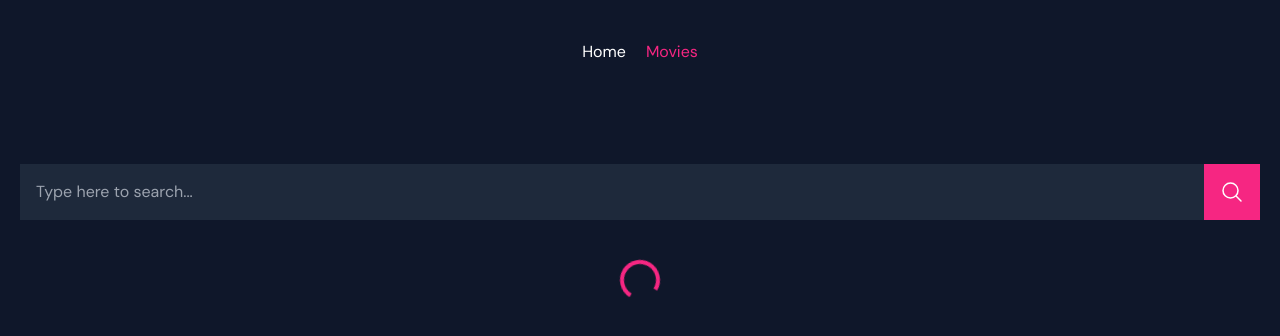
Repository: quynguyenn97/react-movie-app
Page: /movies
The author's editor kept a copy of each file at every save. The page is drawn from the files as they stood at one save, then again after the next save.
The browser window is 1280 px wide. The pictures show the whole page.
The page's requests for data from a server got no answer. The project was rebuilt for these pictures with package versions that can differ from the ones it lists, and the page was loaded fresh each time. No one was signed in, and anything a server would have sent is missing. Also part of the build but not shown: src/banner/Banner.js, src/components/movie/MovieCard.js, src/components/MovieList.js, src/pages/HomePage.js, src/pages/MovieDetailPage.js.

Above is the page before, as saved 2022-10-12 11:55:47.

### public/index.html
<!DOCTYPE html>
<html lang="en">
    <head>
        <meta charset="utf-8" />
        <link rel="icon" href="%PUBLIC_URL%/favicon.ico" />
        <meta name="viewport" content="width=device-width, initial-scale=1" />
        <meta name="theme-color" content="#000000" />
        <meta
            name="description"
            content="Web site created using create-react-app" />
        <link rel="apple-touch-icon" href="%PUBLIC_URL%/logo192.png" />
        <!--
      manifest.json provides metadata used when your web app is installed on a
      user's mobile device or desktop. See https://developers.google.com/web/fundamentals/web-app-manifest/
    -->
        <link rel="manifest" href="%PUBLIC_URL%/manifest.json" />
        <!--
      Notice the use of %PUBLIC_URL% in the tags above.
      It will be replaced with the URL of the `public` folder during the build.
      Only files inside the `public` folder can be referenced from the HTML.

      Unlike "/favicon.ico" or "favicon.ico", "%PUBLIC_URL%/favicon.ico" will
      work correctly both with client-side routing and a non-root public URL.
      Learn how to configure a non-root public URL by running `npm run build`.
    -->
        <link rel="preconnect" href="https://fonts.googleapis.com" />
        <link rel="preconnect" href="https://fonts.gstatic.com" crossorigin />
        <link
            href="https://fonts.googleapis.com/css2?family=DM+Sans:wght@400;500;700&display=swap"
            rel="stylesheet" />
        <title>React App</title>
    </head>
    <body>
        <noscript>You need to enable JavaScript to run this app.</noscript>
        <div id="root"></div>
        <!--
      This HTML file is a template.
      If you open it directly in the browser, you will see an empty page.

      You can add webfonts, meta tags, or analytics to this file.
      The build step will place the bundled scripts into the <body> tag.

      To begin the development, run `npm start` or `yarn start`.
      To create a production bundle, use `npm run build` or `yarn build`.
    --></body>
</html>

### src/index.js
import React from "react";
import ReactDOM from "react-dom/client";
import "./index.scss";
import App from "./App";
import reportWebVitals from "./reportWebVitals";
import { BrowserRouter } from "react-router-dom";

const root = ReactDOM.createRoot(document.getElementById("root"));
root.render(
    <BrowserRouter>
        <React.StrictMode>
            <App />
        </React.StrictMode>
    </BrowserRouter>
);

// If you want to start measuring performance in your app, pass a function
// to log results (for example: reportWebVitals(console.log))
// or send to an analytics endpoint. Learn more: https://bit.ly/CRA-vitals
reportWebVitals();

### src/index.scss
@tailwind base;
@tailwind components;
@tailwind utilities;

@layer base {
    body {
        @apply bg-slate-900 font-body px-5 text-white;
    }
}
@layer components {
    .page-container {
        max-width: 1280px;
        @apply mx-auto;
    }
    .movie-list .swiper-slide {
        width: 300px;
        height: auto;
    }
    .banner .swiper {
        height: 100%;
    }
}

### src/App.js
import { Fragment } from "react";
import Banner from "./banner/Banner";
import "swiper/scss";
import HomePage from "./pages/HomePage";
import { Route, Routes } from "react-router-dom";
import Main from "./layout/Main";
import MoviePage from "./pages/MoviePage";
import MovieDetailPage from "./pages/MovieDetailPage";
function App() {
    return (
        <Fragment>
            <Routes>
                <Route element={<Main></Main>}>
                    <Route
                        path="/"
                        element={
                            <>
                                <Banner></Banner>
                                <HomePage></HomePage>
                            </>
                        }></Route>
                    <Route
                        path="/movies"
                        element={<MoviePage></MoviePage>}></Route>
                    <Route
                        path="/movie/:movieId"
                        element={<MovieDetailPage></MovieDetailPage>}></Route>
                </Route>
            </Routes>
        </Fragment>
    );
}

export default App;

### src/layout/Main.js
import React, { Fragment } from "react";
import Header from "./Header";
import { Outlet } from "react-router-dom";
const Main = () => {
    return (
        <Fragment>
            <Header></Header>
            <Outlet></Outlet>
        </Fragment>
    );
};

export default Main;

### src/pages/MoviePage.js
import React, { useEffect } from "react";
import useSWR from "swr";
import { fetcher } from "../config";
import MovieCard from "../components/movie/MovieCard";
import { apiKey } from "../config";
import useDebounce from "../hook/useDebounce";
import { useState } from "react";

const MoviePage = () => {
    const [filter, setFilter] = useState("");
    const [url, setUrl] = useState(
        `https://api.themoviedb.org/3/movie/popular?api_key=${apiKey}`
    );
    const filterDebounce = useDebounce(filter, 500);
    const handleFilterChange = (e) => {
        setFilter(e.target.value);
    };
    const { data, error } = useSWR(url, fetcher);
    const loading = !data && !error;
    useEffect(() => {
        if (filterDebounce) {
            setUrl(
                `https://api.themoviedb.org/3/search/movie?api_key=${apiKey}&query=${filterDebounce}`
            );
        } else {
            setUrl(
                `https://api.themoviedb.org/3/movie/popular?api_key=${apiKey}`
            );
        }
    }, [filterDebounce]);
    const movies = data?.results || [];
    return (
        <div className="py-10 page-container">
            <div className="flex mb-10">
                <div className="flex-1">
                    <input
                        type="text"
                        className="w-full p-4 bg-slate-800 outline-none"
                        placeholder="Type here to search..."
                        onChange={handleFilterChange}
                    />
                </div>
                <button className="p-4 bg-primary text-white">
                    <svg
                        xmlns="http://www.w3.org/2000/svg"
                        fill="none"
                        viewBox="0 0 24 24"
                        strokeWidth="1.5"
                        stroke="currentColor"
                        className="w-6 h-6">
                        <path
                            strokeLinecap="round"
                            strokeLinejoin="round"
                            d="M21 21l-5.197-5.197m0 0A7.5 7.5 0 105.196 5.196a7.5 7.5 0 0010.607 10.607z"
                        />
                    </svg>
                </button>
            </div>
            {!loading && (
                <div className="w-10 h-10 rounded-full border-4 border-primary border-t-transparent border-t-4 mx-auto animate-spin"></div>
            )}
            <div className="grid grid-cols-4 gap-10">
                {movies &&
                    movies.length > 0 &&
                    movies.map((item) => {
                        return (
                            <MovieCard key={item.id} item={item}></MovieCard>
                        );
                    })}
            </div>
        </div>
    );
};

export default MoviePage;

### src/config.js
export const fetcher = (...args) => fetch(...args).then((res) => res.json());
export const apiKey = "5b6bd71d2eb24fb649d55629a64802ff";

### src/layout/Header.js
import React from "react";
import { NavLink } from "react-router-dom";

const Header = () => {
    return (
        <header className="header flex items-center justify-center gap-x-5 text-white py-10 mb-5">
            <NavLink
                to="/"
                className={({ isActive }) => (isActive ? "text-primary" : "")}>
                Home
            </NavLink>
            <NavLink
                to="/movies"
                className={({ isActive }) => (isActive ? "text-primary" : "")}>
                Movies
            </NavLink>
        </header>
    );
};

export default Header;

### src/hook/useDebounce.js
import { useEffect, useState } from "react";

export default function useDebounce(initializeValue = "", delay = 1000) {
    const [debounceValue, setDebounceValue] = useState(initializeValue);
    useEffect(() => {
        const timer = setTimeout(() => {
            setDebounceValue(initializeValue);
        }, delay);
        return () => {
            clearTimeout(timer);
        };
    }, [delay, initializeValue]);
    return debounceValue;
}

### tailwind.config.js
/** @type {import('tailwindcss').Config} */
module.exports = {
    content: ["./src/**/*.{js,jsx,ts,tsx}"],
    theme: {
        extend: {
            fontFamily: {
                body: ["DM sans", "sans-serif"],
            },
            colors: {
                primary: "#F62682",
                secondary: "#6F5CF1",
            },
        },
    },
    plugins: [],
};

Loaded but not shown: src/reportWebVitals.js (common file)

After the next save:
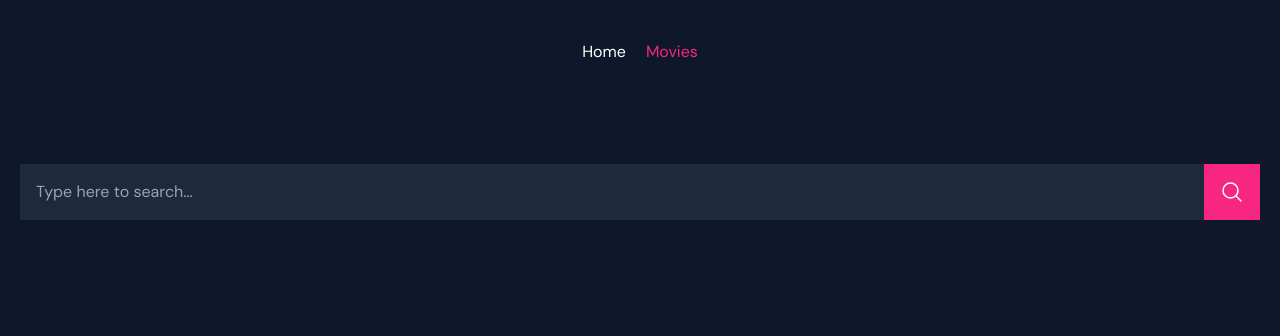
Saved 3 min 12 s later.
--- a/src/pages/MoviePage.js
+++ b/src/pages/MoviePage.js
@@ -56,11 +56,12 @@ const MoviePage = () => {
                     </svg>
                 </button>
             </div>
-            {!loading && (
+            {loading && (
                 <div className="w-10 h-10 rounded-full border-4 border-primary border-t-transparent border-t-4 mx-auto animate-spin"></div>
             )}
             <div className="grid grid-cols-4 gap-10">
-                {movies &&
+                {!loading &&
+                    movies &&
                     movies.length > 0 &&
                     movies.map((item) => {
                         return (
